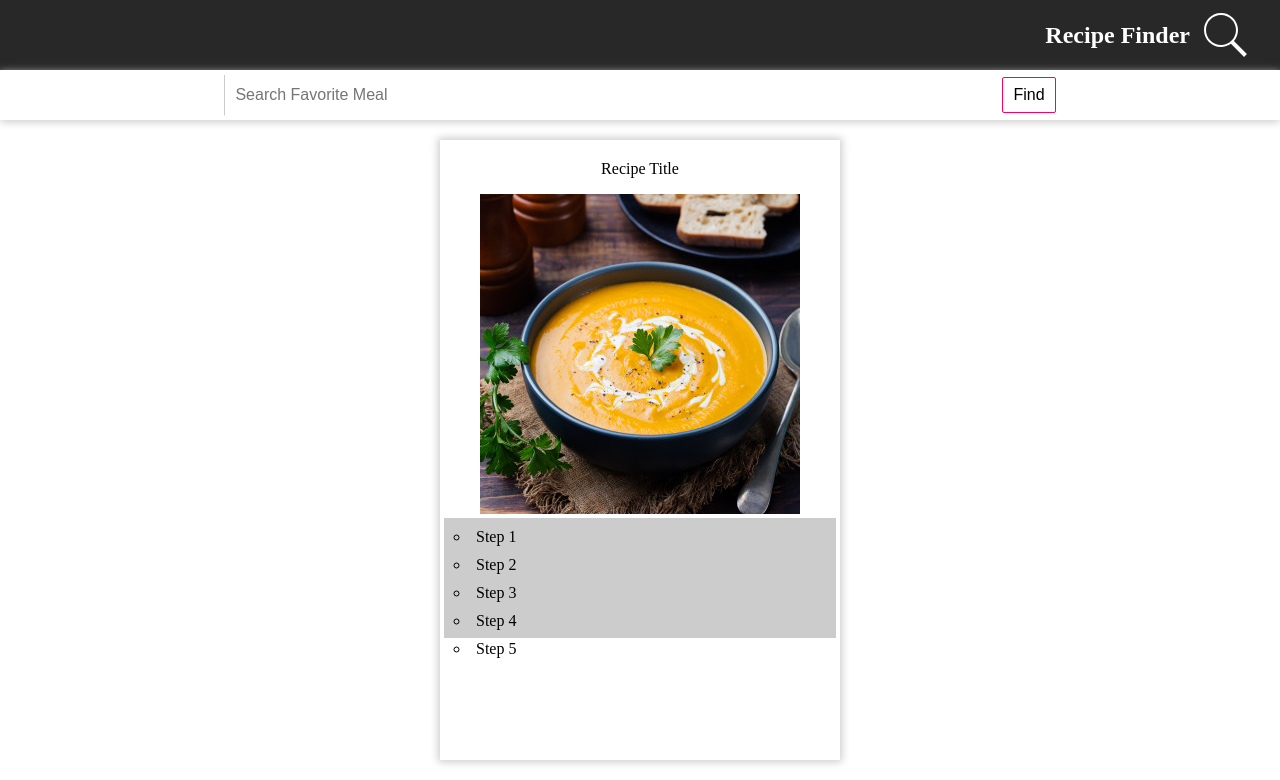
Repository: burntaftermint/recipes
Page: index.html
These files come from the project's save history. The page is drawn as it stood at one moment and after the next save; the edit follows.
The browser window is 1280 px wide. The pictures show the whole page.
The pointer rests on the first visible `.recipe`.

Above is the page before, as saved 2023-11-06 05:00:40.

### index.html
<!DOCTYPE html>
<html lang="en">
<head>
    <meta charset="UTF-8">
    <meta name="viewport" content="width=device-width, initial-scale=1.0">
    <title>Recipe Finder</title>
</head>
<body>
    <header>
        <h2>Recipe Finder</h2>
        <link rel="stylesheet" href="style.css">
        <img src="images/search.svg" alt="Search">
    </header>
    <section class="container">
        <div class="search">
            <input type="text" placeholder="Search Favorite Meal" autofocus>
            <button class="btn">Find</button>
        </div>
        <div id="recipe-container">
            <div class="recipe">
                <div class="recipe-title">Recipe Title</div>
                <div class="recipe-imge">
                    <img src="images/recipe.jpeg" alt="Recipe">
                </div>


        <div class="recipe-text">
            <ul>
                <li>Step 1</li>
                <li>Step 2</li>
                <li>Step 3</li>
                <li>Step 4</li>
                <li>Step 5</li>
            </ul>
        </div>
    </div>
</div>
    </section>
</body>
</html>

### style.css
:root {
    --light-color: #fff;
    --dark-color: #282828;
    --header-height: 70px;
    --search-height: 50px;
    --border-color: #ccc;
}
* {
    margin: 0;
    padding: 0;
    box-sizing: border-box;
}

body {
    height: 100vh;
    width: 100vw;
    background: var(--light-color);
}

.container {
    text-align: center;
    height: calc(100vh - var(--header-height));
}

header {
    height: var(--header-height);
    background: var(--dark-color);
    display: flex;
    align-items: center;
    justify-content: flex-end;
    color: var(--light-color);
    gap: 10px;
    padding-right: 30px;
}

header img {
    filter: invert(1);
}

.search {
    display: flex;
    justify-content: center;
    align-items: center;
    height: var(--search-height);
    gap: 10px;
    box-shadow: 0px 2px 8px 0px var(--border-color);
}

.search input[type="text"] {
    padding: 8px 10px;
    line-height: 1.5;
    font-size: 1rem;
    border: none;
    border-left: 1px solid var(--border-color);
    border-bottom: 1px solid transparent;
    outline: none;
    transition: all 200ms ease-in-out;
    width: 60%;

}

.search input[type="text"] :focus {
    border-left-color: transparent;
    border-bottom-color: var(--border-color);
    width: 61%;
}

.btn {
    padding: 8px 10px;
    background: transparent;
    border-radius: 2px;
    user-select: none;
    font-size: 1rem;
    border: 1px solid #ff005d;
    cursor: pointer;
}

.btn:hover {
    background: #ff005d;
    border-color: var(--light-color);
}

#recipe-container {
    display: flex;
    justify-content: center;
    align-items: flex-start;
}

.recipe {
    height: 400px;
    width: 400px;
    padding: 4px;
    box-shadow: 0px 0px 8px 2px var(--border-color);
    margin: 20px;
}

.recipe-title {
    height: 50px;
    display: flex;
    align-items: center;
    justify-content: center;
    font-size: 1rem;
}

.recipe-image {
    height: 210px;
}

.recipe-image img {
    height: 100%;
    width: 100%;
}

.recipe-text {
    height: 0px;
    visibility: hidden;
    opacity: 0;
    transition: all 200ms ease-in-out;
    background: #ccc;
}

.recipe-text ul {
    list-style-type: circle;
    list-style-position: inside;
    text-align: left;
    padding: 5px;
}

.recipe-text ul > li {
    padding: 5px;
}

.recipe:hover .recipe-text {
    height: 120px;
    visibility: visible;
    opacity: 1;
}

.recipe:hover{
    height: 620px;
}

After the next save:
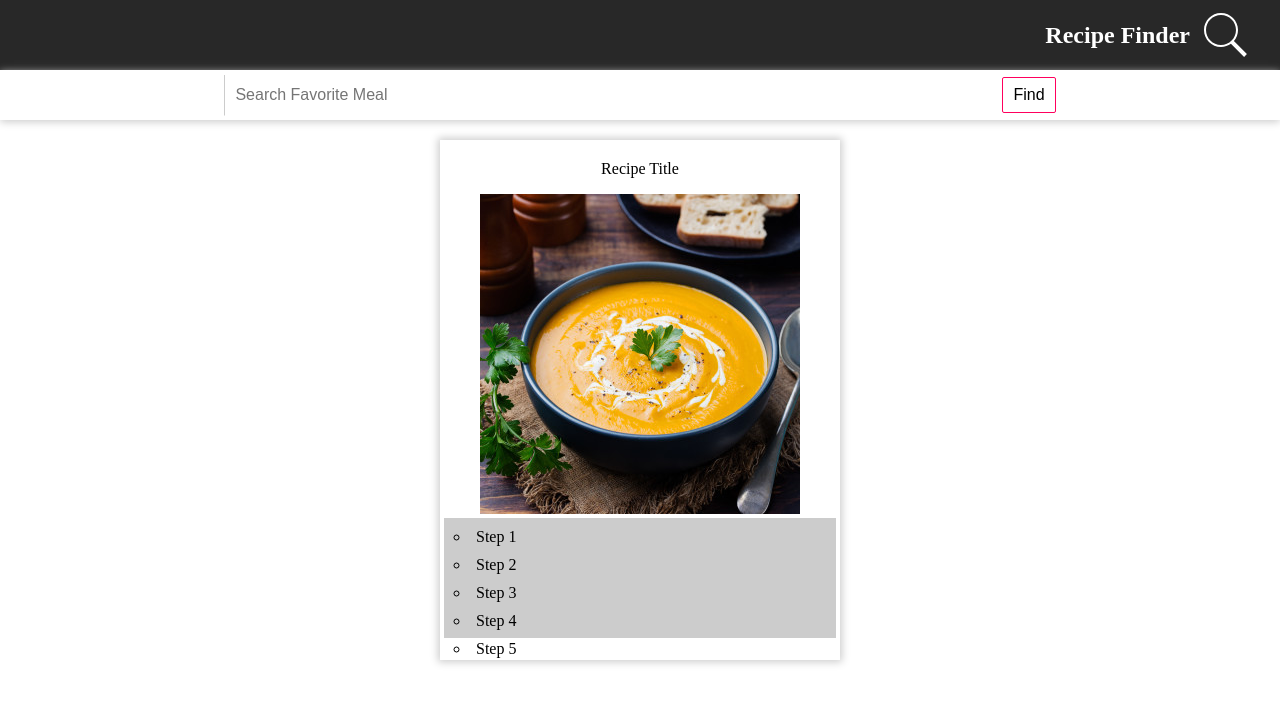
Saved 11 s later.
--- a/style.css
+++ b/style.css
@@ -137,5 +137,5 @@ header img {
 }
 
 .recipe:hover{
-    height: 620px;
+    height: 520px;
 }
